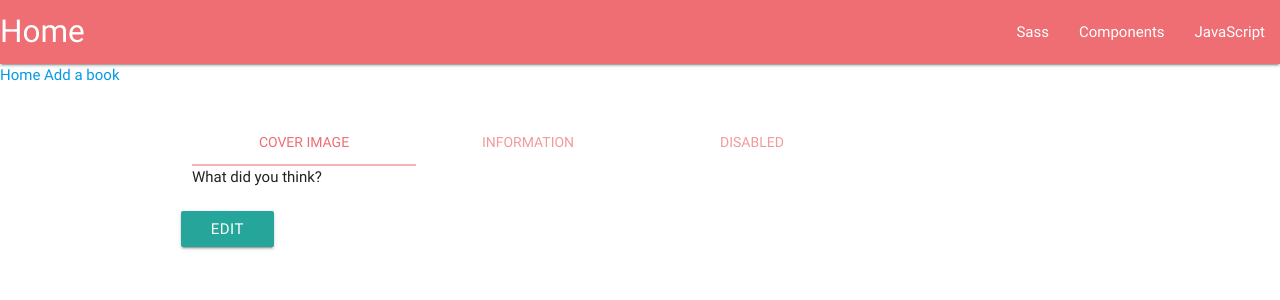
Repository: h8130084/bookReview
Page: templates/bookdetails.html
The author's editor kept a record of every edit. The page is drawn from the files as they stood at one moment, then again after the next edit.
The browser window is 1280 px wide. The pictures show the whole page.
Some web libraries are served in a nearby version. The page is served by the project's application, run on Flask 3 (app.py). The template is opened directly, without the code that normally fills it, so the values that code supplies are empty.

Above is the page before.
Console error: ReferenceError: M is not defined

After the next edit:
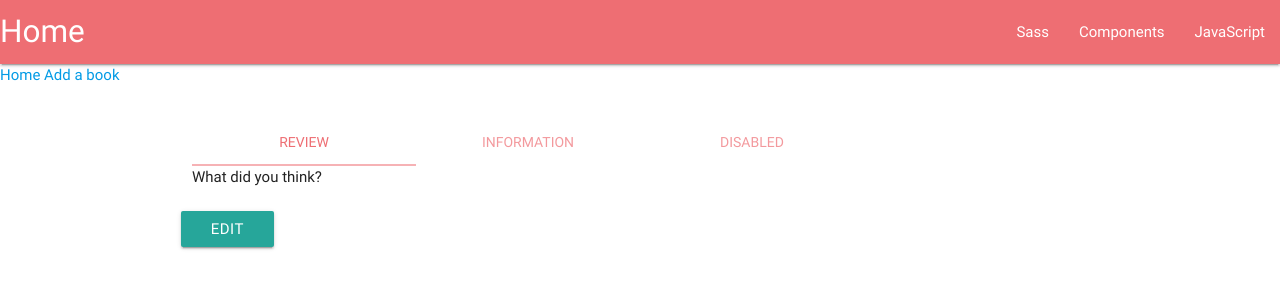
The edit:
--- a/templates/bookdetails.html
+++ b/templates/bookdetails.html
@@ -5,7 +5,8 @@
 <div class="row">
     <div class="col s12">
         <ul class="tabs">
-            <li class="tab col s3"><a class="active" href="#test1">Cover Image</a></li>
+            <li class="tab col s3"><a href="#test3">Review</a></li>
+
             <li class="tab col s3"><a href="#test2">Information</a></li>
 
             <li class="tab col s3 disabled"><a href="#test4"> disabled</a></li>
